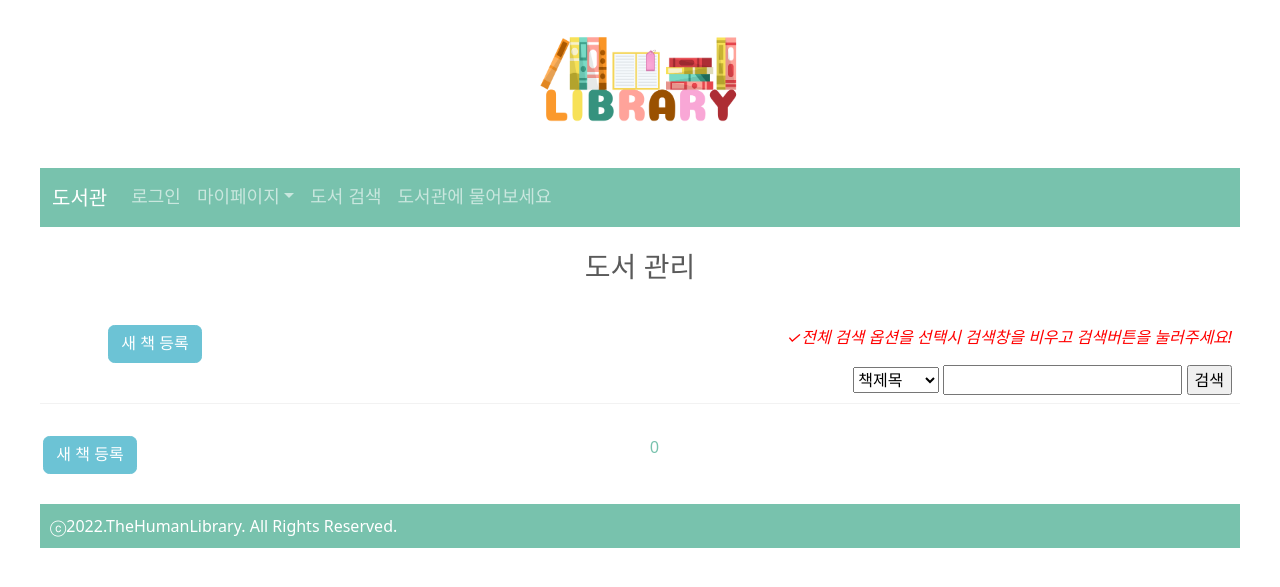
Repository: ahnbin00/Library
Page: http://localhost/BookRental/WEB-INF/book/manageBookList.jsp
An editor plug-in stored every save of this project. The page is shown before and after the next save, followed by the edit.
The browser window is 1280 px wide. The pictures show the whole page.
Some web fonts or font styles are not loaded; a fallback is used. Some web libraries are served in a nearby version. The page is served by Tomcat 9. Nobody is signed in. The template is opened directly, without the code that normally fills it, so the values that code supplies are empty.

Above is the page before, as saved 2022-12-22 07:18:19.

After the next save:
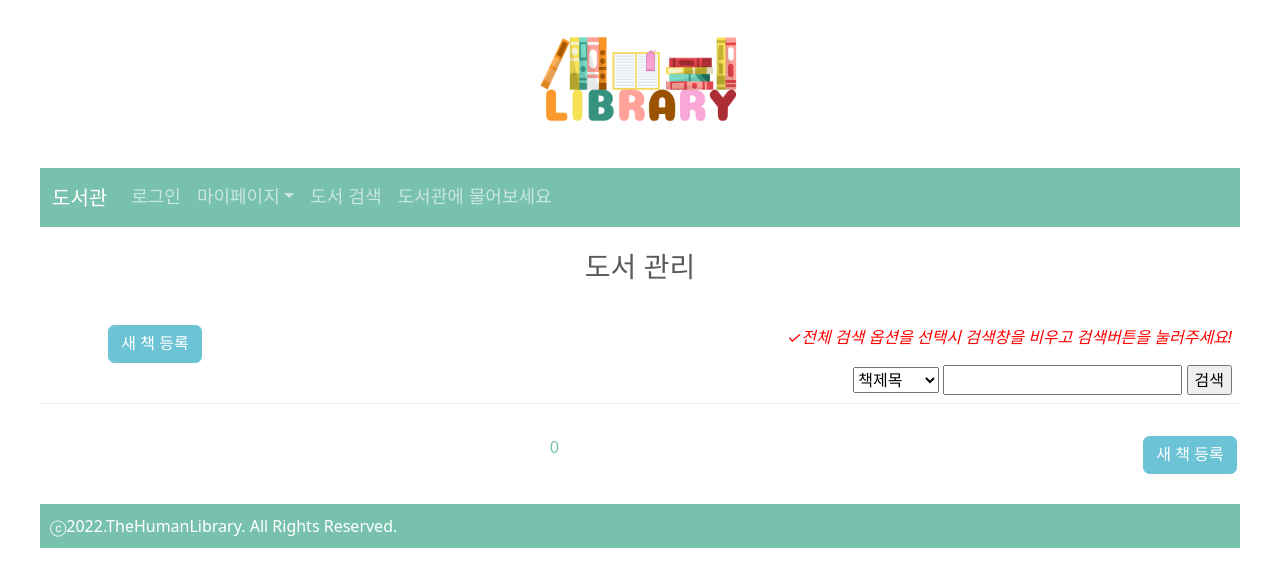
Saved 33 s later.
--- a/BookRental/src/main/webapp/WEB-INF/book/manageBookList.jsp
+++ b/BookRental/src/main/webapp/WEB-INF/book/manageBookList.jsp
@@ -89,7 +89,7 @@ border-radius:5px;
           </tr>
        </c:forEach>
    </table>
-   <div style="width: 100px; float: left;">
+   <div style="width: 100px; float: right;">
       <button type="button" class="btn btn-info" onclick="location.href='insertBookPage.do'">새 책 등록</button>
    </div>
 
